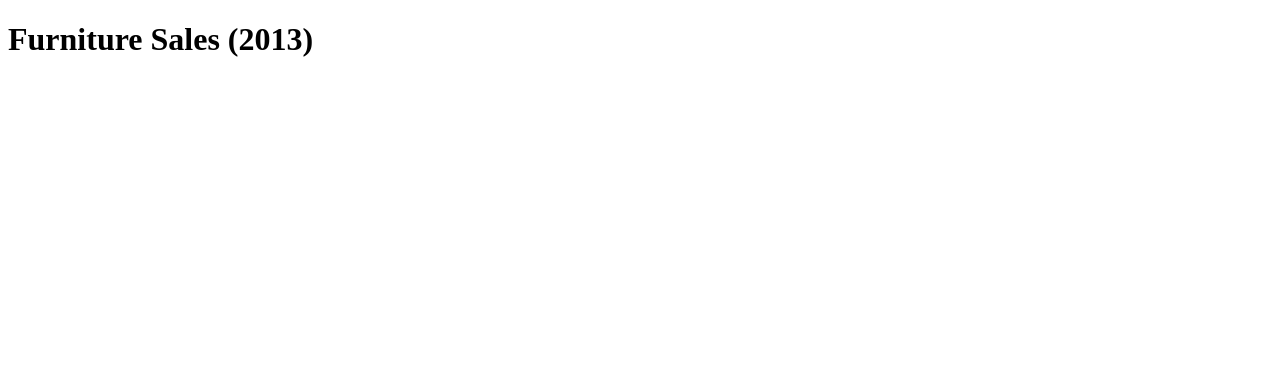
Repository: lululand/d3-dataviz
Page: index.html
The author's editor kept a record of every edit. The page is drawn from the files as they stood at one moment, then again after the next edit.
The browser window is 1280 px wide. The pictures show the whole page.

Above is the page before.
Console error: ReferenceError: ds is not defined

After the next edit:
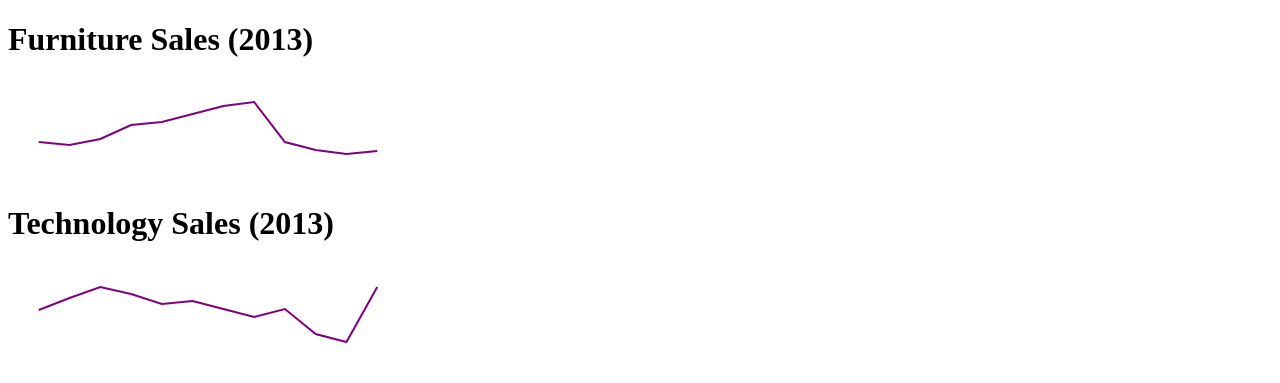
The error is gone.
The edit:
--- a/index.html
+++ b/index.html
@@ -8,7 +8,7 @@
         var h=100;
         var w=400;
 
-        function buildLine() {
+        function buildLine(ds) {
           var lineFun = d3.svg.line()
             .x(function(d) {return ((d.month-20130001)/3.25) })
             .y(function(d) {return h-d.sales; })
